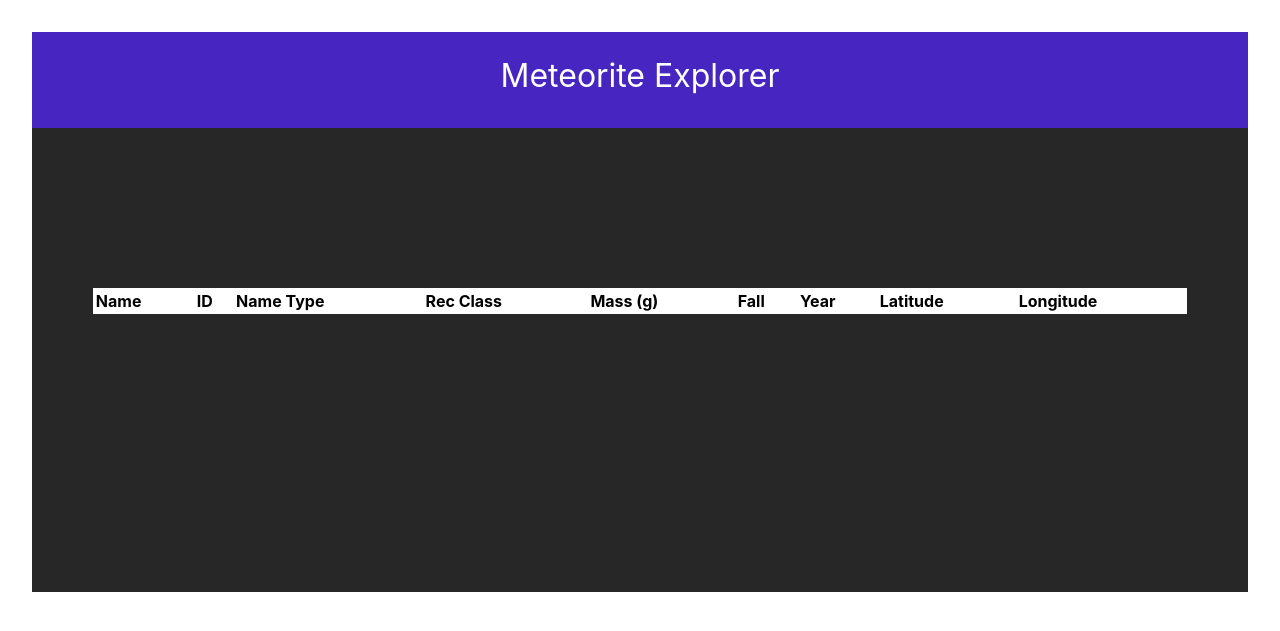
Repository: Tsardines/meteorite-explorer
Page: / (app in meteorite-explorer/)
These files come from the project's save history. The page is drawn as it stood at one moment and after the next save; the edit follows.
The browser window is 1280 px wide. The pictures show the whole page.
The page's requests for data from a server got no answer. The project was rebuilt for these pictures with package versions that can differ from the ones it lists, and the page was loaded fresh each time. No one was signed in, and anything a server would have sent is missing.

Above is the page before, as saved 2019-05-27 16:57:03.

After the next save:
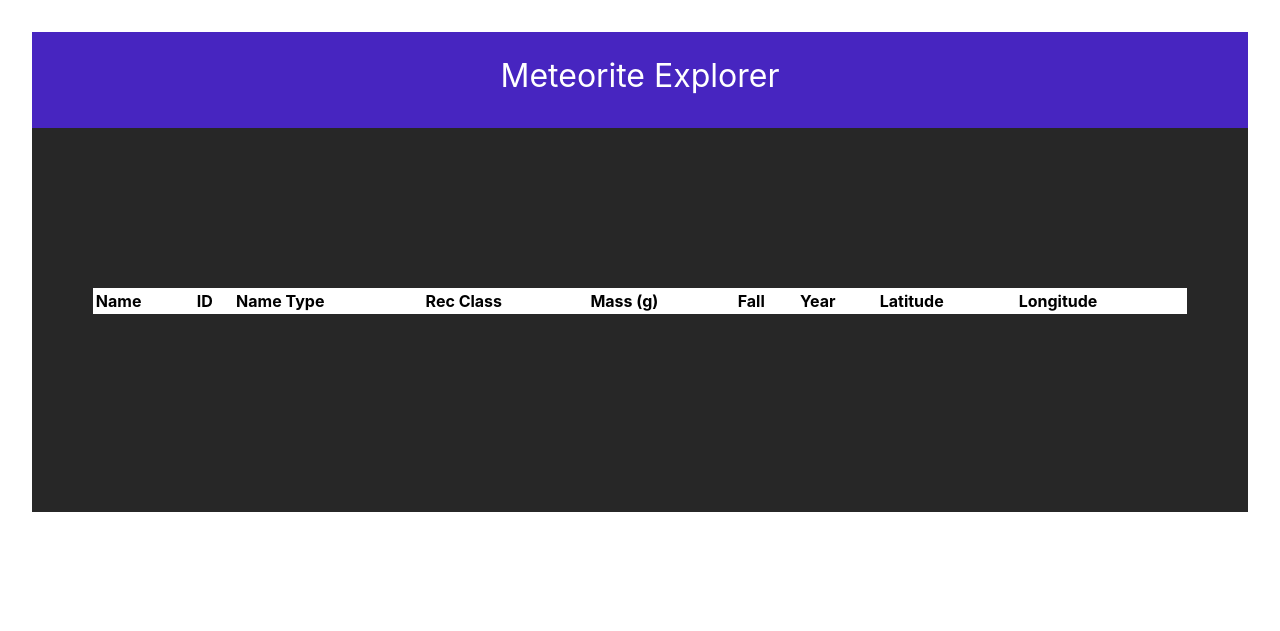
Saved 8 s later.
--- a/meteorite-explorer/src/App.css
+++ b/meteorite-explorer/src/App.css
@@ -13,7 +13,7 @@ body {
 
 .wrapper {
   background-color: rgb(39, 39, 39);
-  height: 35rem;
+  height: 30rem;
   overflow-y: scroll;
 }
 
